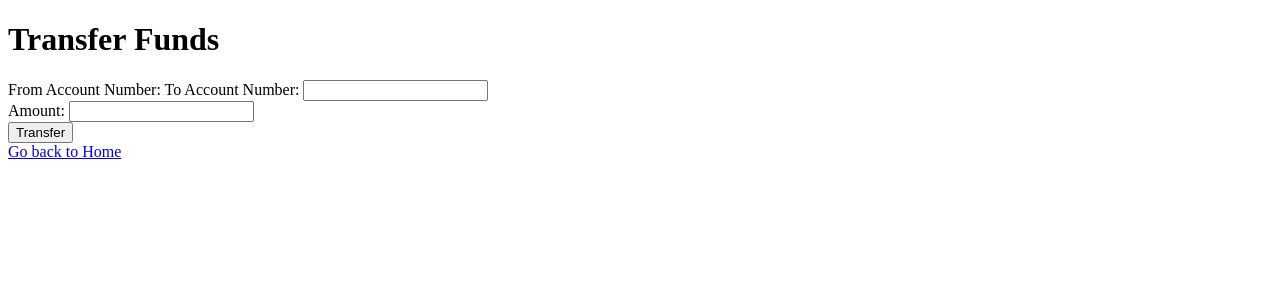
Repository: tanupatil1212/AurionproTraining
Page: http://localhost/08-bank-mvc/transfer.jsp
An editor plug-in stored every save of this project. The page is shown before and after the next save, followed by the edit.
The browser window is 1280 px wide. The pictures show the whole page.
The page is served by Tomcat 9.

Above is the page before, as saved 2023-10-28 11:15:32.

After the next save:
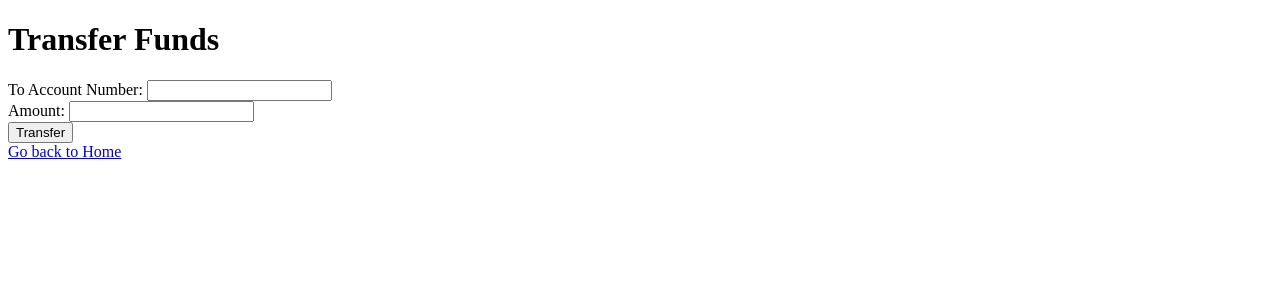
Saved 5 h 9 min later.
--- a/J2EE/08-bank-mvc/WebContent/transfer.jsp
+++ b/J2EE/08-bank-mvc/WebContent/transfer.jsp
@@ -12,12 +12,11 @@
 
    <form action="TransactionController" method="get">
         <input type="hidden" name="action" value="transfer">
+	<input type="hidden" name="accountNo" value="${param.accountNo}">
 
-        <label for="fromAccountNo">From Account Number:</label>
-        <input type="hidden" name="fromAccountNo" value="${param.accountNo}">
 
-        <label for="toAccountNo">To Account Number:</label>
-        <input type="text" id="toAccountNo" name="toAccountNo" required><br>
+        <label for="accountNo">To Account Number:</label>
+        <input type="text" id="accountNo" name="accountNo" required><br>
 
         <label for="amount">Amount:</label>
         <input type="text" id="amount" name="amount" required><br>
